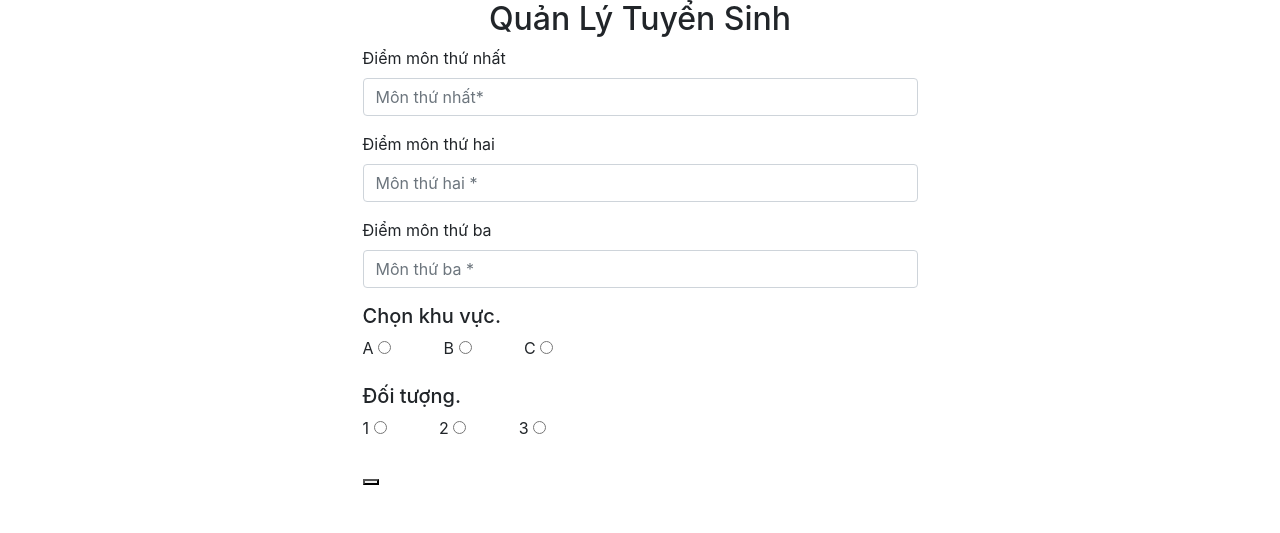
Repository: dovanthao2404/BC14_BaiTap_JS_Buoi_5_dovanthao
Page: html/bai1.html
These files come from the project's save history. The page is drawn as it stood at one moment and after the next save; the edit follows.
The browser window is 1280 px wide. The pictures show the whole page.

Above is the page before, as saved 2021-07-03 17:19:20.

After the next save:
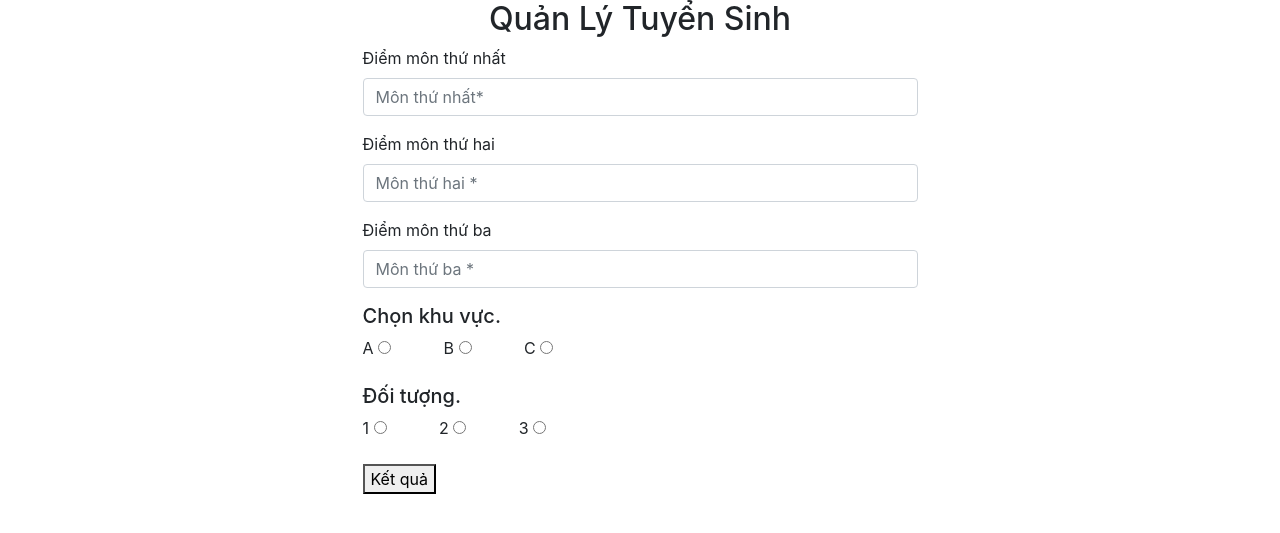
Saved 22 s later.
--- a/html/bai1.html
+++ b/html/bai1.html
@@ -54,7 +54,7 @@
           <input id="object-3" name="object" class="mr-5" type="radio">
           <p></p>
         </div>
-        <button type="button" clas="btn btn-primary"></button>
+        <button id="result" type="button" clas="btn btn-primary">Kết quả</button>
       </form>
     </div>
   </div>
